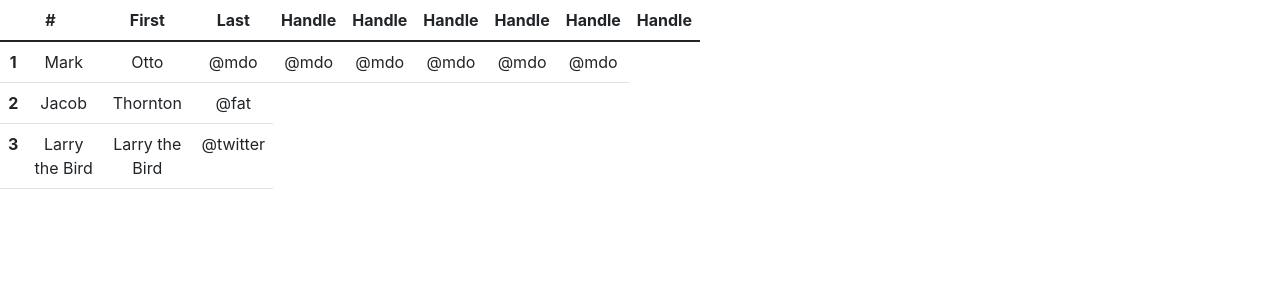
Repository: tuan842001/thulam
Page: /
These files come from the project's save history. The page is drawn as it stood at one moment and after the next save; the edit follows.
The browser window is 1280 px wide. The pictures show the whole page.
The project was rebuilt for these pictures with package versions that can differ from the ones it lists, and the page was loaded fresh each time.

Above is the page before, as saved 2022-01-11 14:42:09.

After the next save:
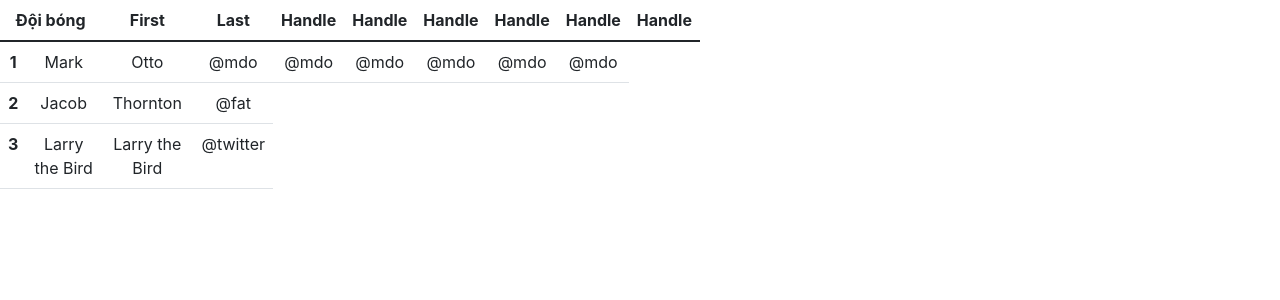
Saved 32 s later.
--- a/src/App.js
+++ b/src/App.js
@@ -7,7 +7,7 @@ function App() {
         <thead>
           <tr>
             <th scope="col" colspan="2">
-              #
+              Đội bóng
             </th>
             <th scope="col">First</th>
             <th scope="col">Last</th>
